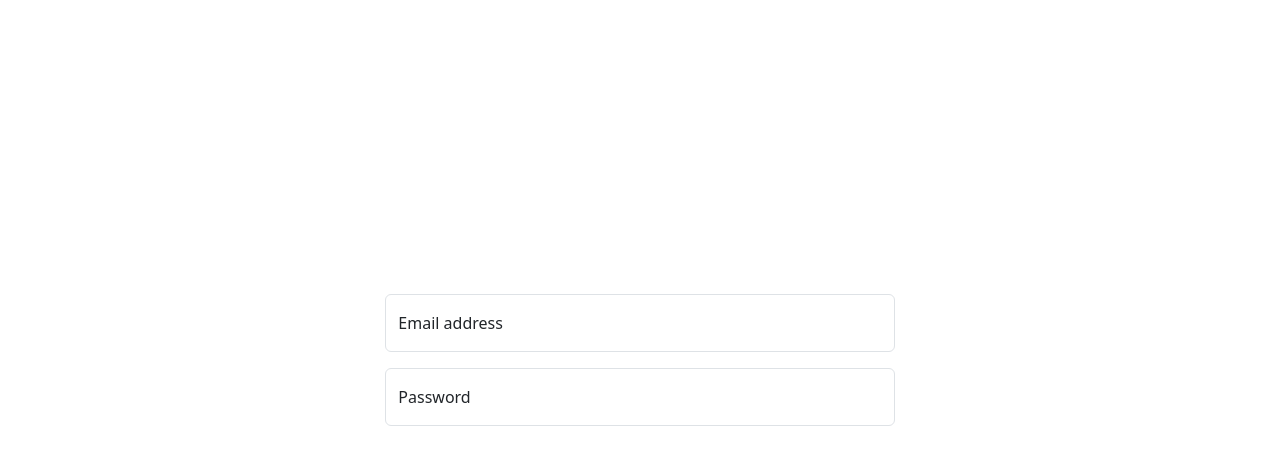
Repository: jaevoy2/lara_demo
Page: http://localhost/
These files come from the project's save history. The page is drawn as it stood at one moment and after the next save; the edit follows.
The browser window is 1280 px wide. The pictures show the whole page.
The page is served by the project's Laravel application, run on PHP 8.4 with Laravel 12. Other server files are loaded and not shown.

Above is the page before, as saved 2026-07-06 22:49:19.

### routes/web.php
<?php

use Illuminate\Support\Facades\Route;
use App\Http\Controllers\StudentController;


Route::get('/', function () {
    return view('login');
});

Route::get('/dashboard', function () {
    return view('dashboard');
});

### resources/views/login.blade.php
@extends('_layout._auth-head')

@section('content')

    <div class="container d-flex flex-column justify-content-center vh-100 col-5">
        <div class="form-floating mb-3">
            <input type="email" class="form-control" id="floatingInput" placeholder="name@example.com">
                <label for="floatingInput">Email address</label>
        </div>
        <div class="form-floating">
            <input type="password" class="form-control" id="floatingPassword" placeholder="Password">
            <label for="floatingPassword">Password</label>
        </div>
    </div>

@endsection

### resources/views/_layout/_auth-head.blade.php
<!DOCTYPE html>
<html lang="en">
<head>
    <meta charset="UTF-8">
    <meta name="viewport" content="width=device-width, initial-scale=1.0">
    <link href="https://cdn.jsdelivr.net/npm/bootstrap@5.3.8/dist/css/bootstrap.min.css" rel="stylesheet" integrity="sha384-sRIl4kxILFvY47J16cr9ZwB07vP4J8+LH7qKQnuqkuIAvNWLzeN8tE5YBujZqJLB" crossorigin="anonymous">
    <link rel="stylesheet" href="{{ asset('css/styles.css') }}">
    <title>Document</title>
</head>
<body>

    @yield('content')

    <script src="https://cdn.jsdelivr.net/npm/bootstrap@5.3.8/dist/js/bootstrap.bundle.min.js" integrity="sha384-FKyoEForCGlyvwx9Hj09JcYn3nv7wiPVlz7YYwJrWVcXK/BmnVDxM+D2scQbITxI" crossorigin="anonymous"></script>
</body>
</html>

After the next save:
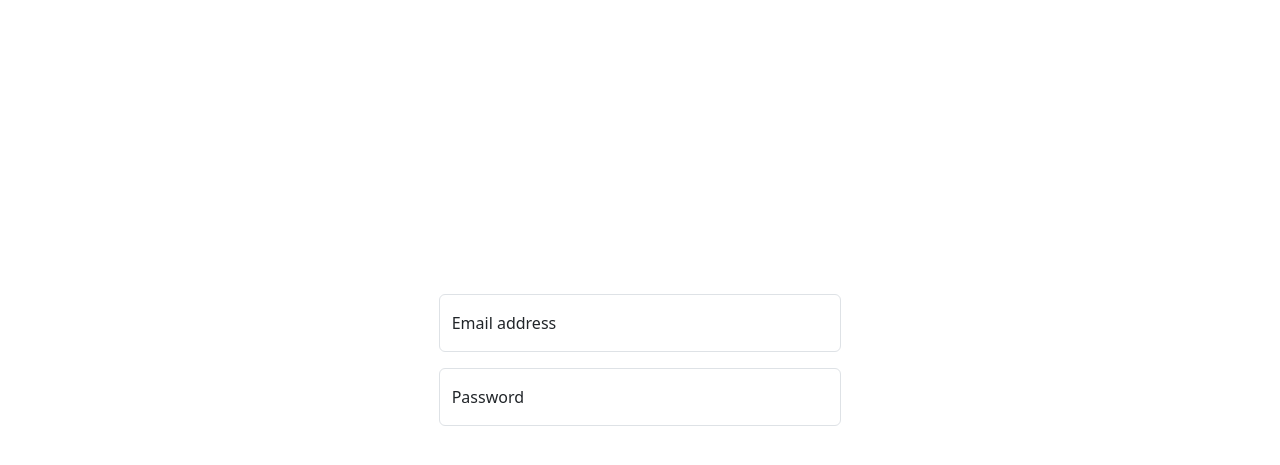
Saved 9 s later.
--- a/resources/views/login.blade.php
+++ b/resources/views/login.blade.php
@@ -2,7 +2,7 @@
 
 @section('content')
 
-    <div class="container d-flex flex-column justify-content-center vh-100 col-5">
+    <div class="container d-flex flex-column justify-content-center vh-100 col-4">
         <div class="form-floating mb-3">
             <input type="email" class="form-control" id="floatingInput" placeholder="name@example.com">
                 <label for="floatingInput">Email address</label>
